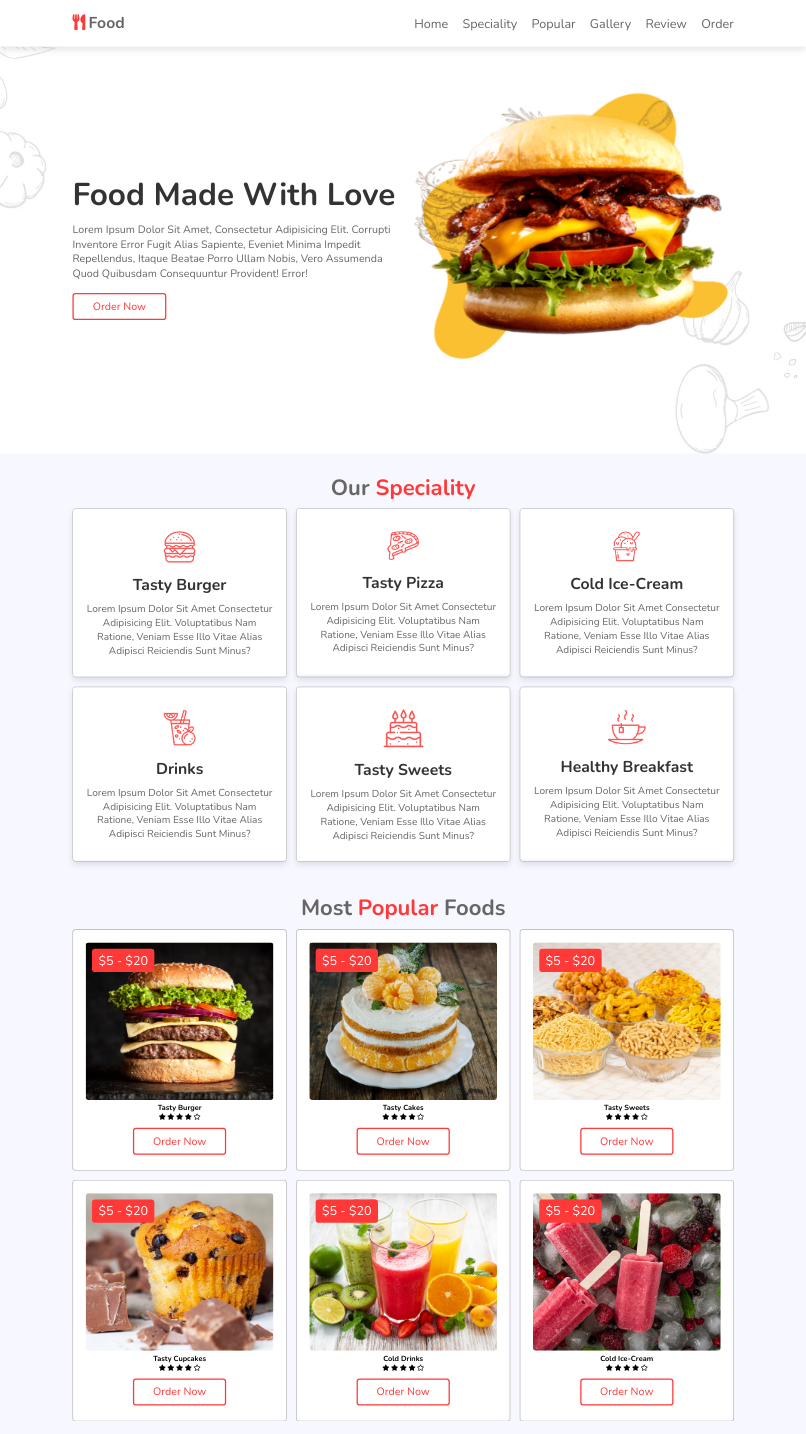
Repository: ManhTanVN/food
Page: index.html
An editor plug-in stored every save of this project. The page is shown before and after the next save, followed by the edit.
The browser window is 1280 px wide. The pictures show the whole page, at 63% of full size.
The style sheet was rebuilt from its Sass, Less or Tailwind sources for each picture, by a compiler version that may differ from the author's.

Above is the page before, as saved 2021-08-29 16:56:06.

After the next save:
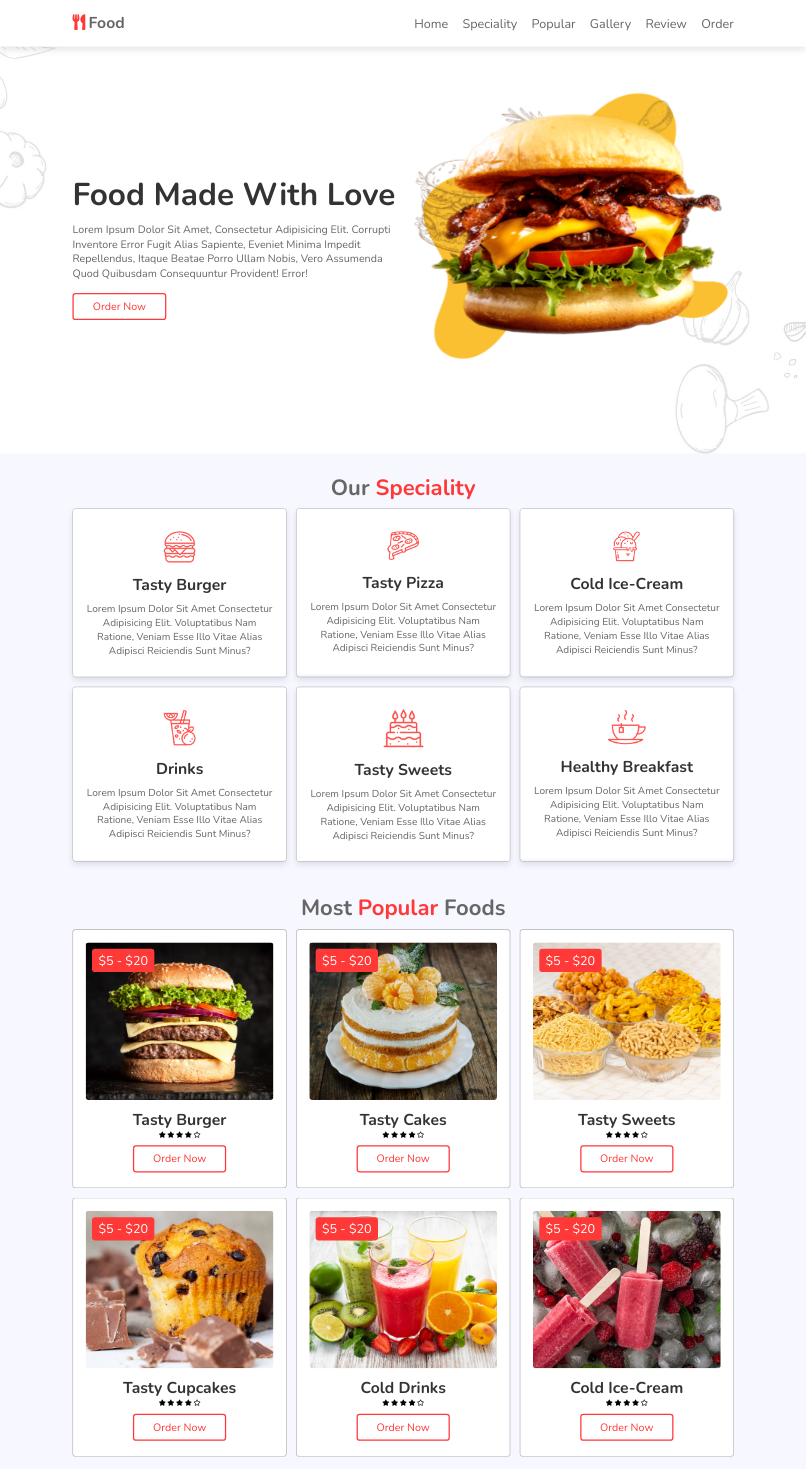
Saved 94 s later.
--- a/sass/_popular.scss
+++ b/sass/_popular.scss
@@ -26,6 +26,16 @@
                 padding: .5rem 1rem;
                 border-radius: inherit;
             }
+
+            & h3 {
+                color: #333;
+                font-size: 2.5rem;
+                padding-top: 1rem;
+            }
+
+            &__star {
+
+            }
         }
     }
 }
